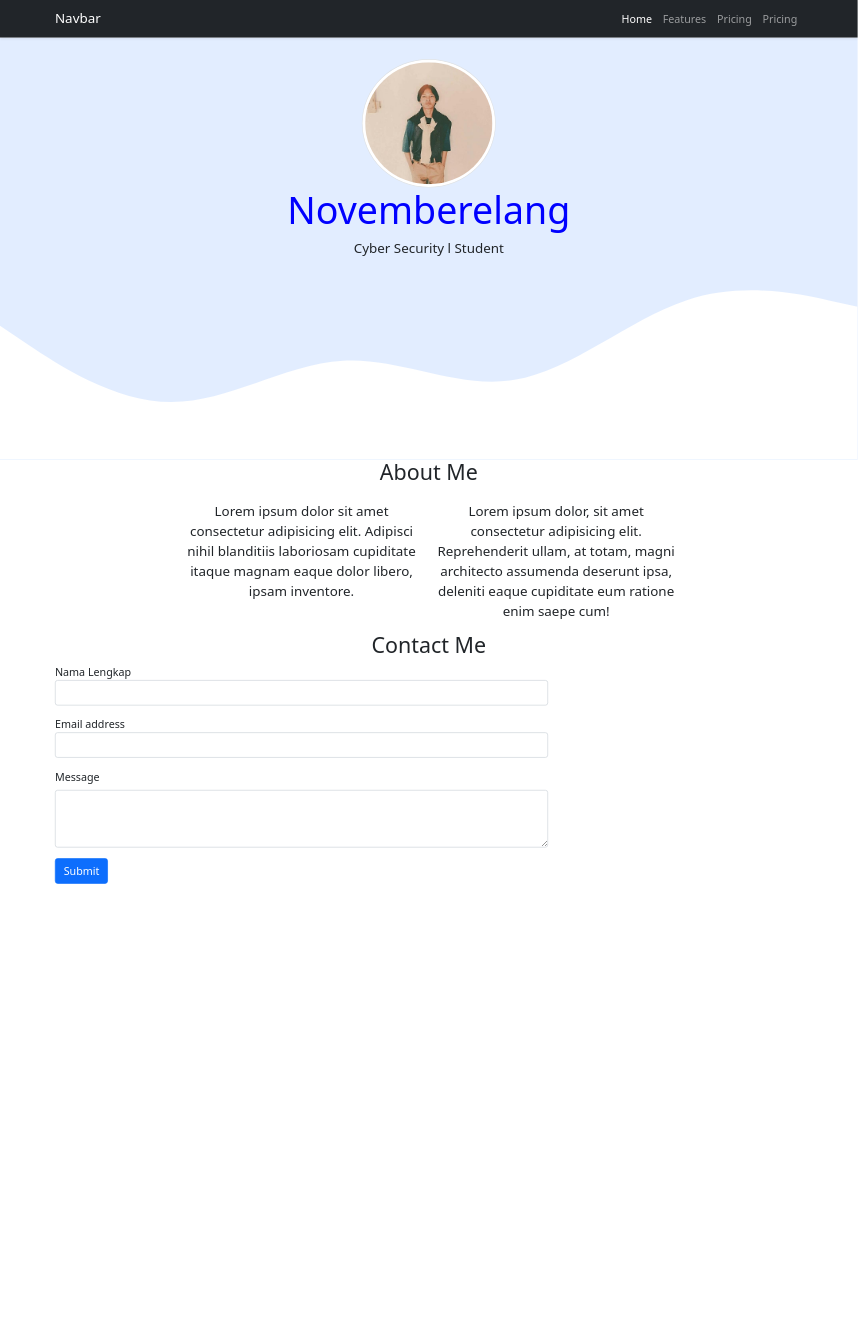
Repository: Novemberdad/gemilangtech.github.io
Page: index.html
These files come from the project's save history. The page is drawn as it stood at one moment and after the next save; the edit follows.
The browser window is 1280 px wide. The pictures show the whole page, at 67% of full size.

Above is the page before, as saved 2021-07-21 00:25:33.

After the next save:
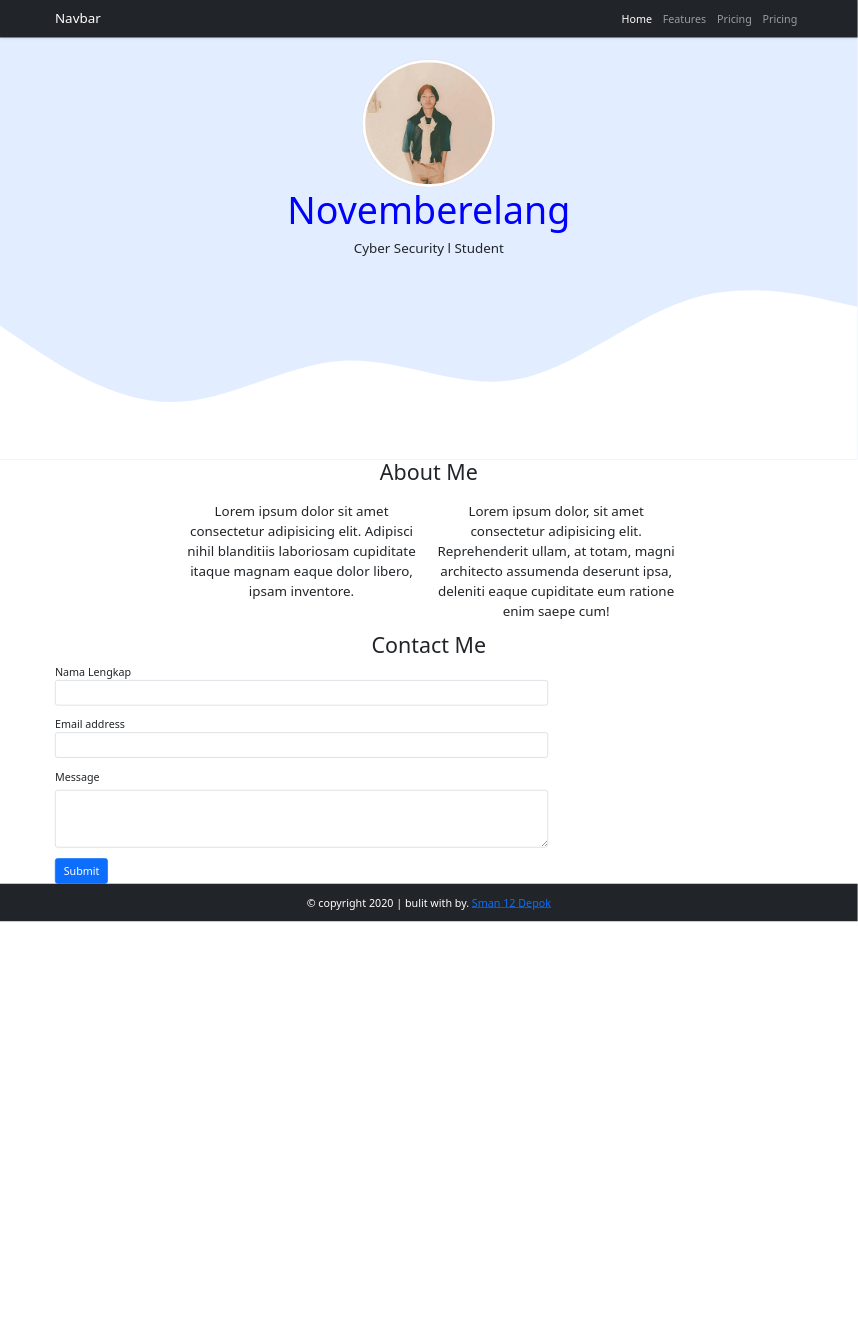
Saved 2 min 18 s later.
--- a/index.html
+++ b/index.html
@@ -112,10 +112,17 @@
             </div>
         </div>
         <!--akhir kontak-->
-        <!--footer-->
-        <!--akhir footer-->
 
     </section>
+    <footer class="bg-dark text-white ">
+        <div class="container ">
+            <div class="row pt-3 ">
+                <div class="col text-center ">
+                    <p>&copy; copyright 2020 | bulit with by. <a href="http://instagram.com/sman12depok.official">Sman 12 Depok</a></p>
+                </div>
+            </div>
+        </div>
+    </footer>
 
 
 
